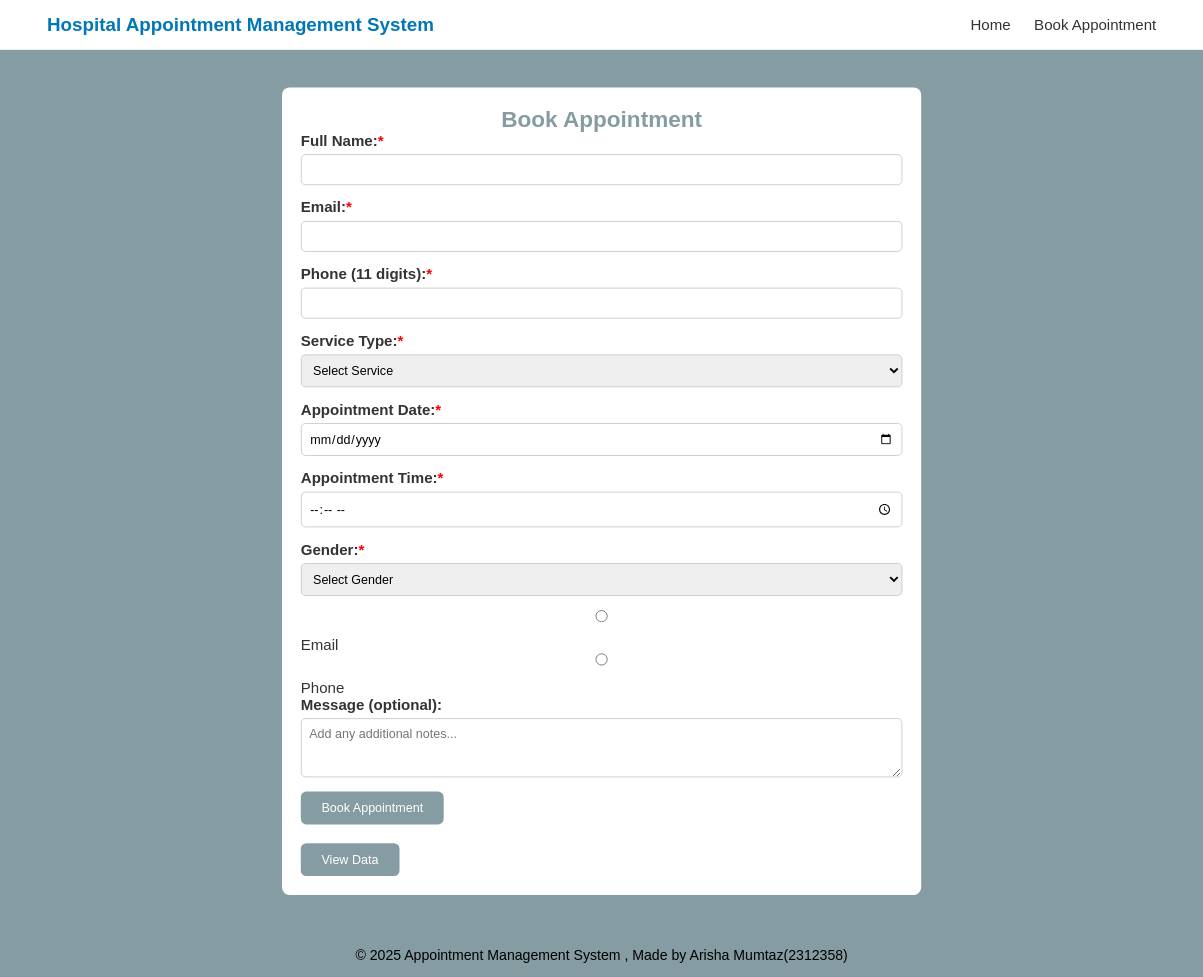
Repository: Arisha004/hospital-management-midterm-
Page: http://localhost/
The author's editor kept a copy of each file at every save. The page is drawn from the files as they stood at one save, then again after the next save.
The browser window is 1280 px wide. The pictures show the whole page, at 94% of full size.
The page is run by PHP 8.4 with error messages shown; the project is at /var/www/html/.

Above is the page before, as saved 2025-11-08 14:47:56.

### index.php
<html>
<head>
<title>Book Appointment</title>
<link rel="stylesheet" href="style2.css">

</head>
<body>
 <header class="navbar">
    <div class="logo">Hospital Appointment Management System</div>
    <nav>
      <ul>
        <li><a href="landingpage.html">Home</a></li>
          <li><a href="index.php">Book Appointment</a></li>
      </ul>
    </nav>
  </header>


<div class="container1">
  <h2>Book Appointment</h2>
  <form  action="insertappointmentform.php" method="POST">

    <label>Full Name:<span>*</span></label>
    <input type="text" name="full_name" required pattern="^[A-Za-z]{3,}( [A-Za-z]+)?$"  minlength="3"
       title="Name should contain only letters.">


    <label>Email:<span>*</span></label>
    <input type="email"
   name="email" required title="enter a valid email address">

    <label>Phone (11 digits):<span>*</span></label>
    <input type="text" name="phone" required pattern="[0-9]{11}" title="Phone number must be exactly 11 digits." maxlength="11">

    <label>Service Type:<span>*</span></label>
    <select name="service_type" required>
      <option value=""> Select Service </option>
      <option value="Consultation">Consultation</option>
      <option value="Follow-up">Follow-up</option>
      <option value="Check-up">Check-up</option>
      <option value="Emergency">Emergency</option>
    </select>

    <label>Appointment Date:<span>*</span></label>
    <input type="date" name="appointment_date" required min="<?php echo date('Y-m-d'); ?>">

    <label>Appointment Time:<span>*</span></label>
    <input type="time" name="appointment_time" required>

    <label>Gender:<span>*</span></label>
    <select name="gender" required>
      <option value=""> Select Gender </option>
      <option value="Male">Male</option>
      <option value="Female">Female</option>
      <option value="Other">Other</option>
    </select>

    <radio>
      <input type="radio" name="contact_method" value="Email" required> Email
      <input type="radio" name="contact_method" value="Phone" required> Phone
    </radio>

    <label>Message (optional):</label>
    <textarea name="message"  rows="3"  placeholder="Add any additional notes..."></textarea>

    <input type="hidden" name="created_at" value="<?php echo date('Y-m-d H:i:s'); ?>">

    <button type="submit" name="submit"> Book Appointment </button>
  </form>


<div style="margin-top:20px;">
    <form action="list.php" method="get">
    <button type="submit">View Data</button>
    </form>
</div>
</div>

    <footer>
    <p>© 2025 Appointment Management System , Made by Arisha Mumtaz(2312358)</p>
  </footer>
</div>
</body>
</html>

### style2.css

* {
  font-family: 'Poppins', sans-serif;
  margin: 0;
  padding: 0;
}

body {
  background: #869CA3;
  color: #333;
}
  .container1 {
    width: 50%;
    margin: 40px auto;
    background: #fff;
    padding: 20px;
    border-radius: 8px;
  }
  h2 {
    text-align: center;
     color: #869CA3; }
  label {
    font-weight: bold;
     display: block;
      margin-bottom: 5px;
    }
  input, select, textarea {
      width: 100%;
      padding: 8px;
      margin-bottom: 15px;
      border: 1px solid #ccc;
      border-radius: 5px;
  }

footer {
  text-align: center;
  padding: 15px;
  background-color:#869CA3;
        color: black;
  font-size: 15px;

}
label span {
  color: red;
}


.navbar {
  display: flex;
  justify-content: space-between;
  align-items: center;
  padding: 15px 50px;
  background: #fff;

 }

.navbar .logo {
  font-weight: 700;
  font-size: 20px;
  color: #0077b6;
}

.navbar ul {
  display: flex;
  list-style: none;
}

.navbar ul li a {
  text-decoration: none;
  color: #333;
  margin-left: 25px;
}


  button{

  display: inline-block;
  background-color: #869CA3;
  color: #fff;
  padding: 10px 22px;
  border: none;
  border-radius: 6px;
  cursor: pointer;
  font-weight: 500;

   text-align: center;
}



  input[type=submit] {
      background-color: #007bff;
      color: white;
      border: none;
      padding: 10px 15px;
      cursor: pointer;
      border-radius: 5px;
  }

  select[name="status"] {
    background-color: #f8f9fa;
    color: #495057;
    padding: 8px;
    margin-bottom: 15px;
    border: 1px solid #ced4da;
    border-radius: 5px;
    width: 100%;
}

select[name="status"] option[value="Pending"] { color: #ffc107; }
select[name="status"] option[value="Confirmed"] { color: #28a745; }
select[name="status"] option[value="Cancelled"] { color: #dc3545; }
select[name="status"] option[value="Completed"] { color: #17a2b8; }

After the next save:
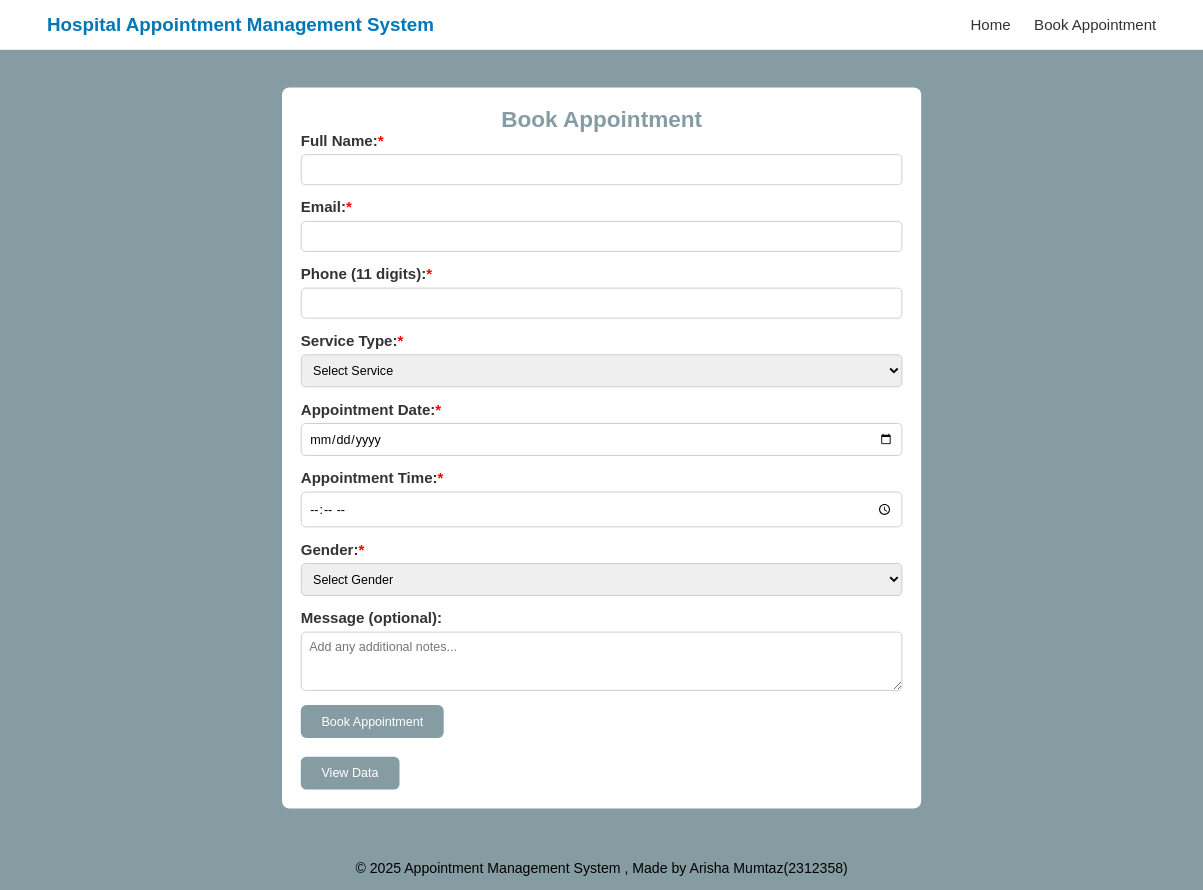
Saved 35 s later.
--- a/index.php
+++ b/index.php
@@ -55,10 +55,7 @@
       <option value="Other">Other</option>
     </select>
 
-    <radio>
-      <input type="radio" name="contact_method" value="Email" required> Email
-      <input type="radio" name="contact_method" value="Phone" required> Phone
-    </radio>
+
 
     <label>Message (optional):</label>
     <textarea name="message"  rows="3"  placeholder="Add any additional notes..."></textarea>

After the save that followed:
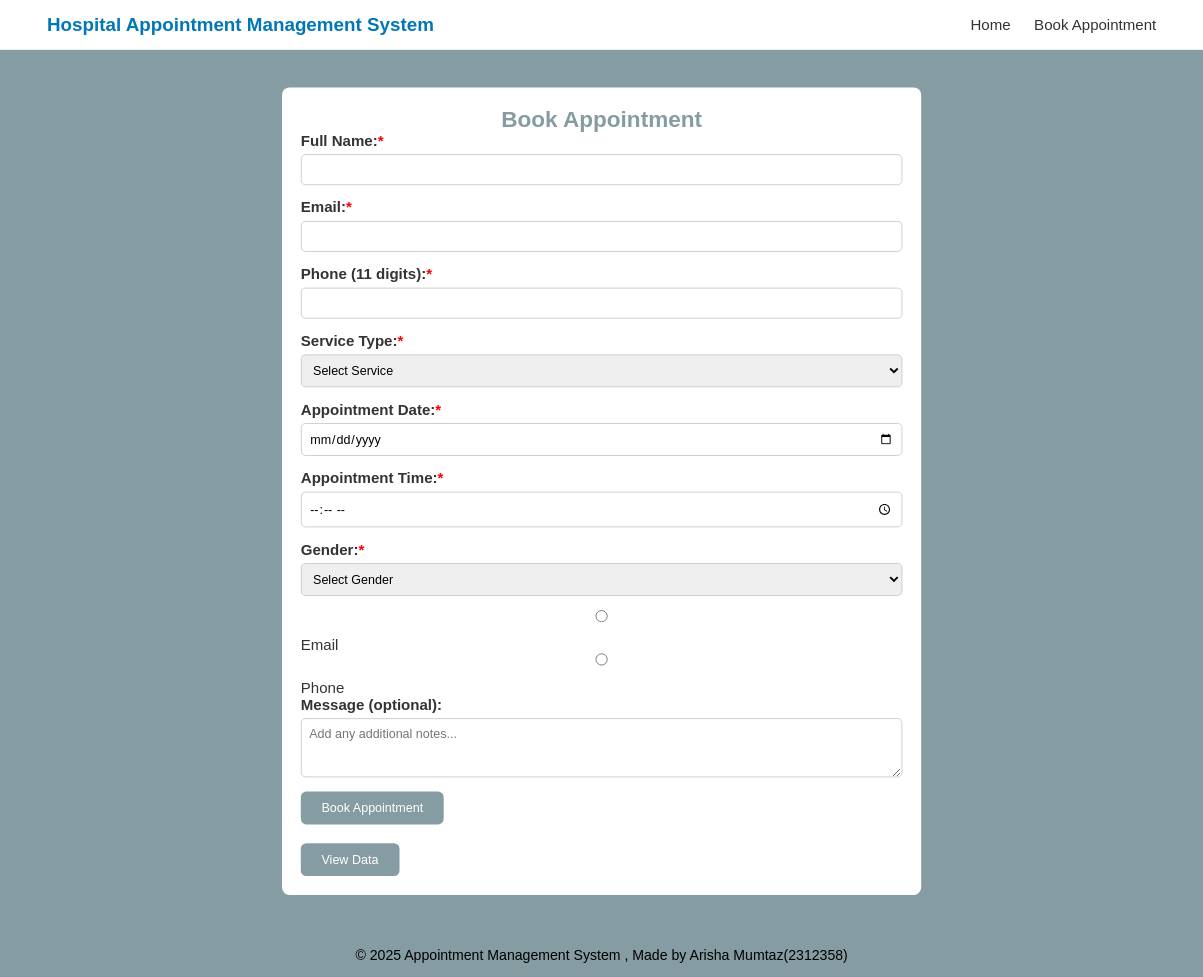
Saved 31 s later.
--- a/index.php
+++ b/index.php
@@ -55,7 +55,10 @@
       <option value="Other">Other</option>
     </select>
 
-
+    <radio>
+      <input type="radio" name="contact_method" value="Email" required> Email
+      <input type="radio" name="contact_method" value="Phone" required> Phone
+    </radio>
 
     <label>Message (optional):</label>
     <textarea name="message"  rows="3"  placeholder="Add any additional notes..."></textarea>
